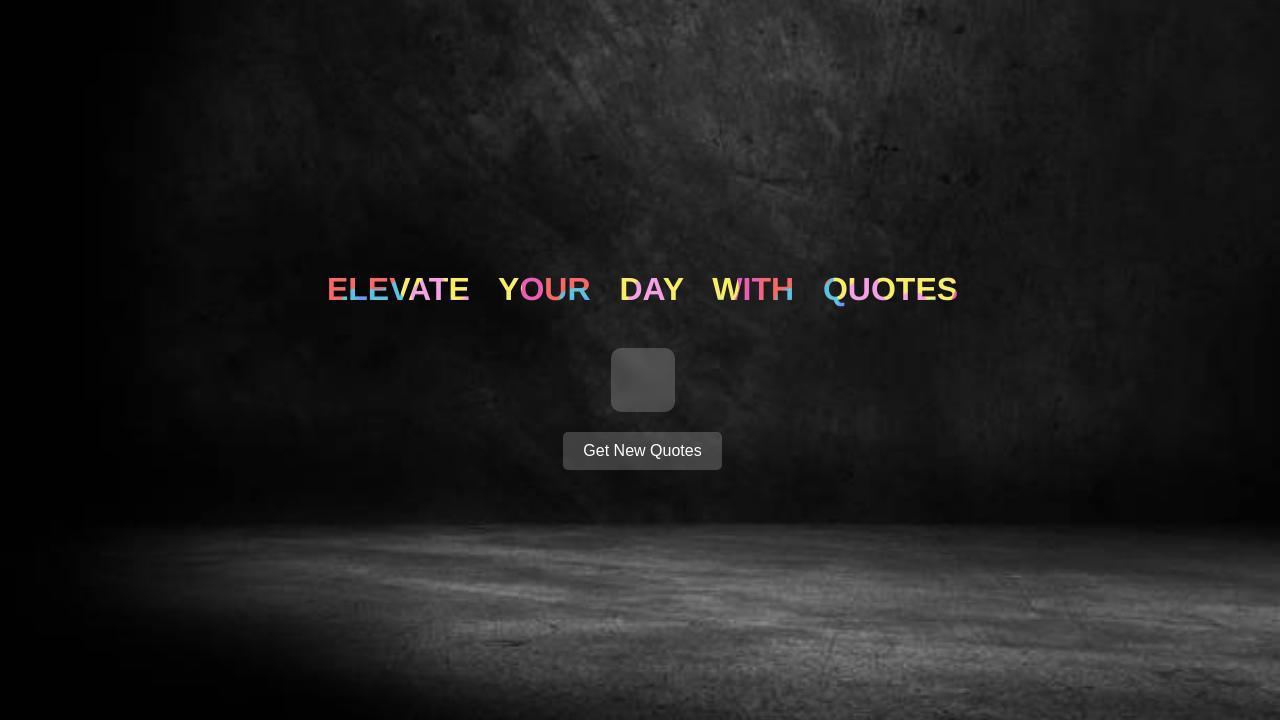
Repository: Bhavik-Sanghar/Quote-app
Page: /
An editor plug-in stored every save of this project. The page is shown before and after the next save, followed by the edit.
The browser window is 1280 px wide. The pictures show the whole page.
The page's requests for data from a server got no answer. The project was rebuilt for these pictures with package versions that can differ from the ones it lists, and the page was loaded fresh each time. No one was signed in, and anything a server would have sent is missing. Also part of the build but not shown: src/styles.css.

Above is the page before, as saved 2023-08-18 17:26:23.

### src/App.js
import React from 'react';
import './styles.css';
import QuoteComponent from './components/NewQuote'

function App() {
  return (
    <div className="App">

      <QuoteComponent/>


    </div>
  );
}

export default App;

### src/components/NewQuote.js
import React, { useEffect, useState } from "react";
import axios from "axios";
import './New.css'

const QuoteComponent = () => {
  const [quotes, setQuotes] = useState([]);
  const category = "inspirational";
  const apiKey = "EgtS4gqLsbjvHM2bBjKwBA==PYmsGLFQFXQzq0Na";

  useEffect(() => {
    fetchQuotes();
  }, []);

  const fetchQuotes = async () => {
    try {
      const response = await axios.get(
        `https://api.api-ninjas.com/v1/quotes?category=${category}&limit=1`, // Fetching 5 quotes
        {
          headers: { "X-Api-Key": apiKey },
        }
      );
      setQuotes(response.data);
    } catch (error) {
      console.error("Error: ", error);
    }
  };

  const handleFetchNewQuotes = () => {
    setQuotes([]); // Clear previous quotes immediately
    fetchQuotes();
  };

  return (
    <div className="quote-container">
      <h1>Elevate Your Day with Quotes</h1>
      <div className="card-container">
        {quotes.map((quote, index) => (
          <div key={index} className="card">
            <p className="quote-text">{quote.quote}</p>
            <p className="author">- {quote.author}</p>
          </div>
        ))}
      </div>
      <button className="fetch-button" onClick={handleFetchNewQuotes}>
        Get New Quotes
      </button>
    </div>
  );
};

export default QuoteComponent;

### src/components/New.css
.quote-container {
  padding: auto;
  padding-left: 5px;
  display: flex;
  flex-direction: column;
  justify-content: center;
  align-items: center;
  min-height: 100vh;
  background-image: url(./bg2.jpg);
  background-size: cover;
  background-repeat: no-repeat;
  background-position: center; /* Prevent the background from repeating */ /* Center the background image */
  color: white;
  position: relative; /* Required for positioning pseudo-element */
  overflow: hidden; /* Hide overflowing pseudo-element content */
}

.quote-container h1 {
  z-index: 2;
  margin: 20px;
  background-image: url(./h1.jpg);
  background-repeat: repeat;
  opacity: 0;
  -webkit-background-clip: text;
  -webkit-text-fill-color: transparent;
  text-align: center;
  word-spacing: 20px;
  font-weight: bold;
  text-transform: uppercase;
  font-family: "Steelfish Rg", "helvetica neue";
  font-weight: 800;
  -webkit-font-smoothing: antialiased;
  transition: background-color 0.3s ease-in-out;
  animation: fadeInHeading 2s ease-in-out 0.5s forwards;
}

.card:hover {
  /* Example animation - scale up on hover */
  transform: scale(1.03);
  transition: transform 0.3s ease-in-out;
}

.author:hover {
  /* Example animation - change text color on hover */
  color: #00e5ff; /* Change to your desired color */
  transition: color 0.3s ease-in-out;
}
.quote-container h1:hover {
  font-size: 4em;
  transition: font-size 2s ease-in-out;
}

.fetch-button {
  opacity: 0;
  animation: fadeInQuotes 3s ease-in-out 1s forwards;
  background-color: hsla(0, 0%, 100%, 0.2);
  border: none;
  color: white;
  cursor: pointer;
  font-size: 16px;
  padding: 10px 20px;
  border-radius: 5px;
  transition: background-color 0.3s ease-in-out;
}

.fetch-button:hover {
  background-color: rgba(255, 255, 255, 0.1);
}

.card-container {
  opacity: 0;
  z-index: 2;
  margin: 20px;
  backdrop-filter: blur(5px);
  background-color: hsla(0, 0%, 100%, 0.2);
  border-radius: 10px;
  padding: 2rem;
  font-size: larger;
  font-family: "Times New Roman", Times, serif;
  opacity: 0; /* Set initial opacity to 0 */
  animation: fadeInQuotes 3s ease-in-out 1s forwards,
    fadeInBackground 3s ease-in-out 1s forwards;
  position: relative; /* Ensure proper z-index behavior */
}

@keyframes fadeInHeading {
  from {
    opacity: 0;
    transform: translateY(-20px);
  }
  to {
    opacity: 1;
    transform: translateY(0);
  }
}

@keyframes fadeInQuotes {
  from {
    opacity: 0;
    transform: translateY(20px);
  }
  to {
    opacity: 1;
    transform: translateY(0);
  }
}

@keyframes fadeInBackground {
  from {
    opacity: 0;
  }
  to {
    opacity: 1;
  }
}

Loaded but not shown: public/index.html (common file); src/index.js (common file); src/index.css (common file); src/reportWebVitals.js (common file)

After the next save:
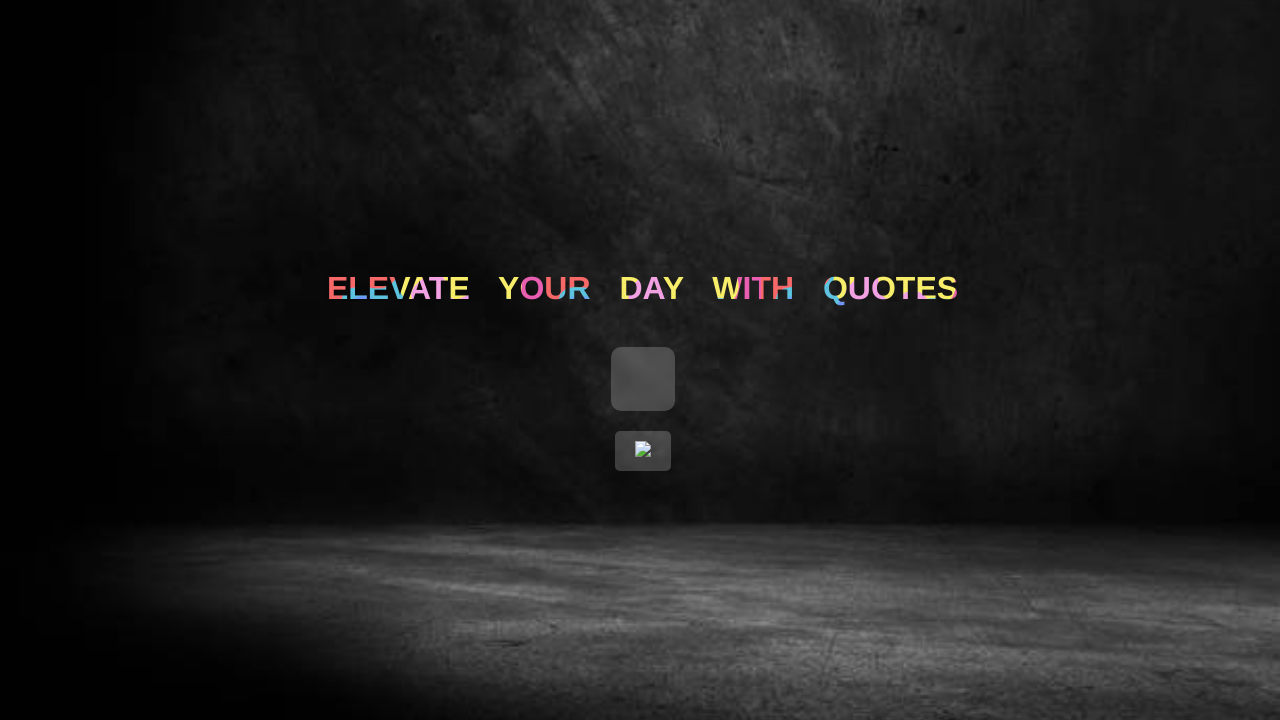
Saved 3 min 21 s later.
--- a/src/components/NewQuote.js
+++ b/src/components/NewQuote.js
@@ -42,7 +42,7 @@ const QuoteComponent = () => {
         ))}
       </div>
       <button className="fetch-button" onClick={handleFetchNewQuotes}>
-        Get New Quotes
+        <img src="./"/>
       </button>
     </div>
   );
